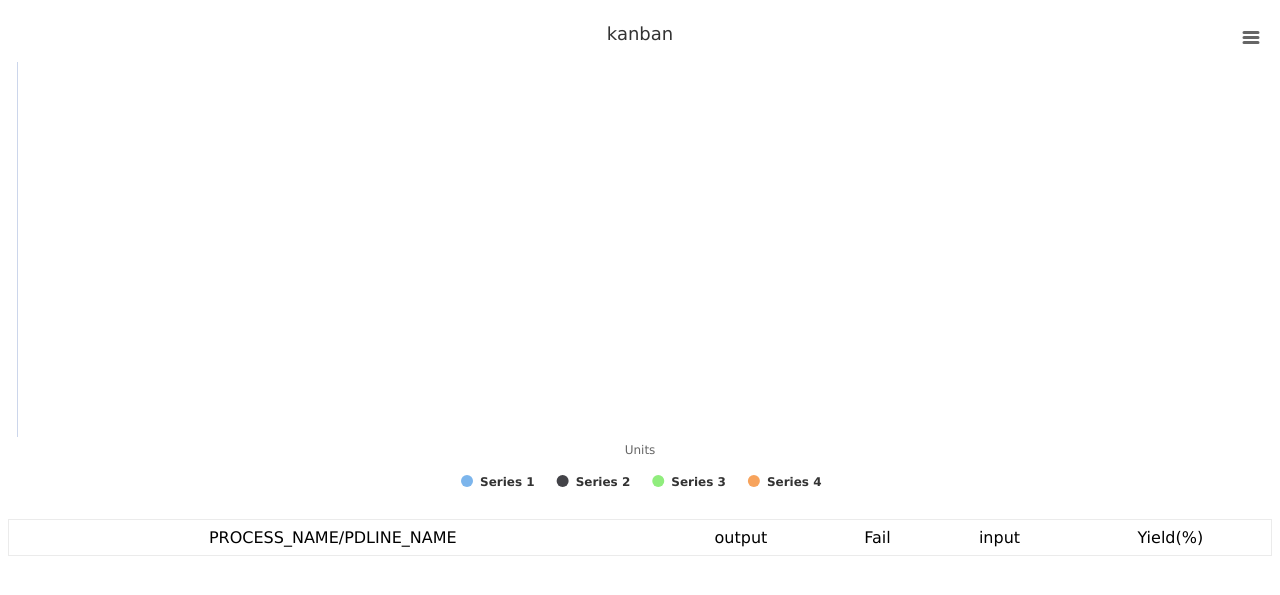
Repository: zxj19880502/mycode
Page: http://localhost/test1/test.jsp
These files come from the project's save history. The page is drawn as it stood at one moment and after the next save; the edit follows.
The browser window is 1280 px wide. The pictures show the whole page.
The page is served by Tomcat 9. Queries for data that is not in the repository find no rows.

Above is the page before, as saved 2022-02-17 05:58:16.

After the next save:
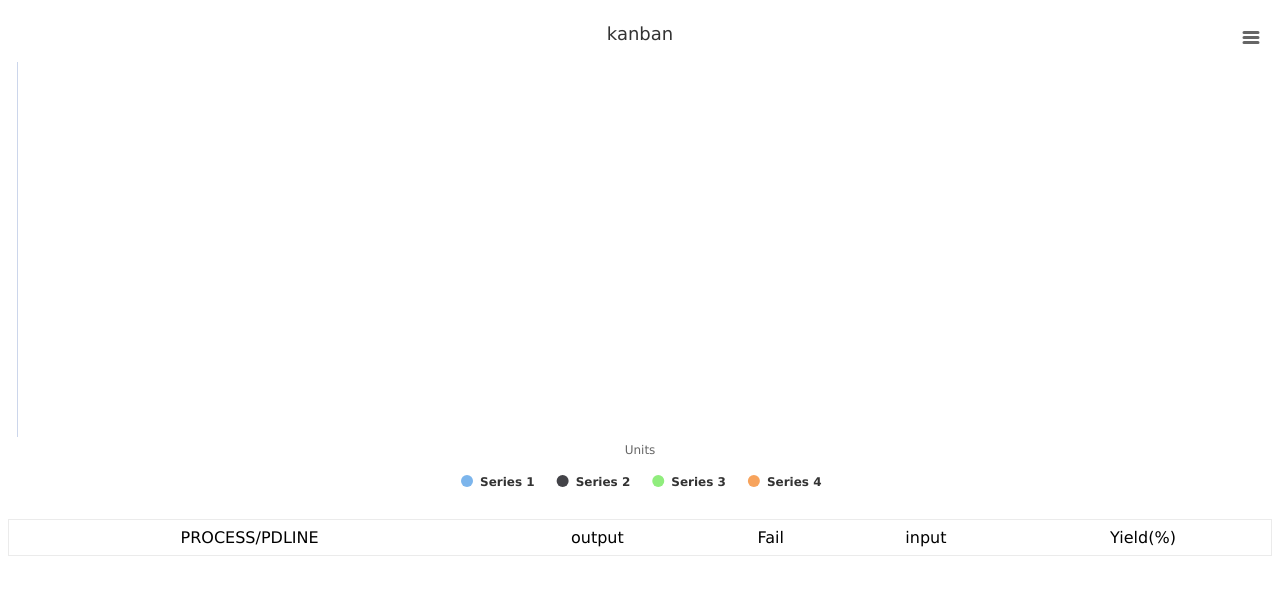
Saved 26 s later.
--- a/apache-tomcat-8.5.73/webapps/ROOT/test1/test.jsp
+++ b/apache-tomcat-8.5.73/webapps/ROOT/test1/test.jsp
@@ -87,7 +87,7 @@ ResultSet rs=stmt.executeQuery("SELECT PDLINE_NAME,PROCESS_NAME ,SUM(PASS_QTY)as
     <div id="container"></div>
 <table id="datatable">
     <tr>
-        <td>PROCESS_NAME/PDLINE_NAME</td>
+        <td>PROCESS/PDLINE</td>
 
         <td>output</td>
         <td>Fail</td>
